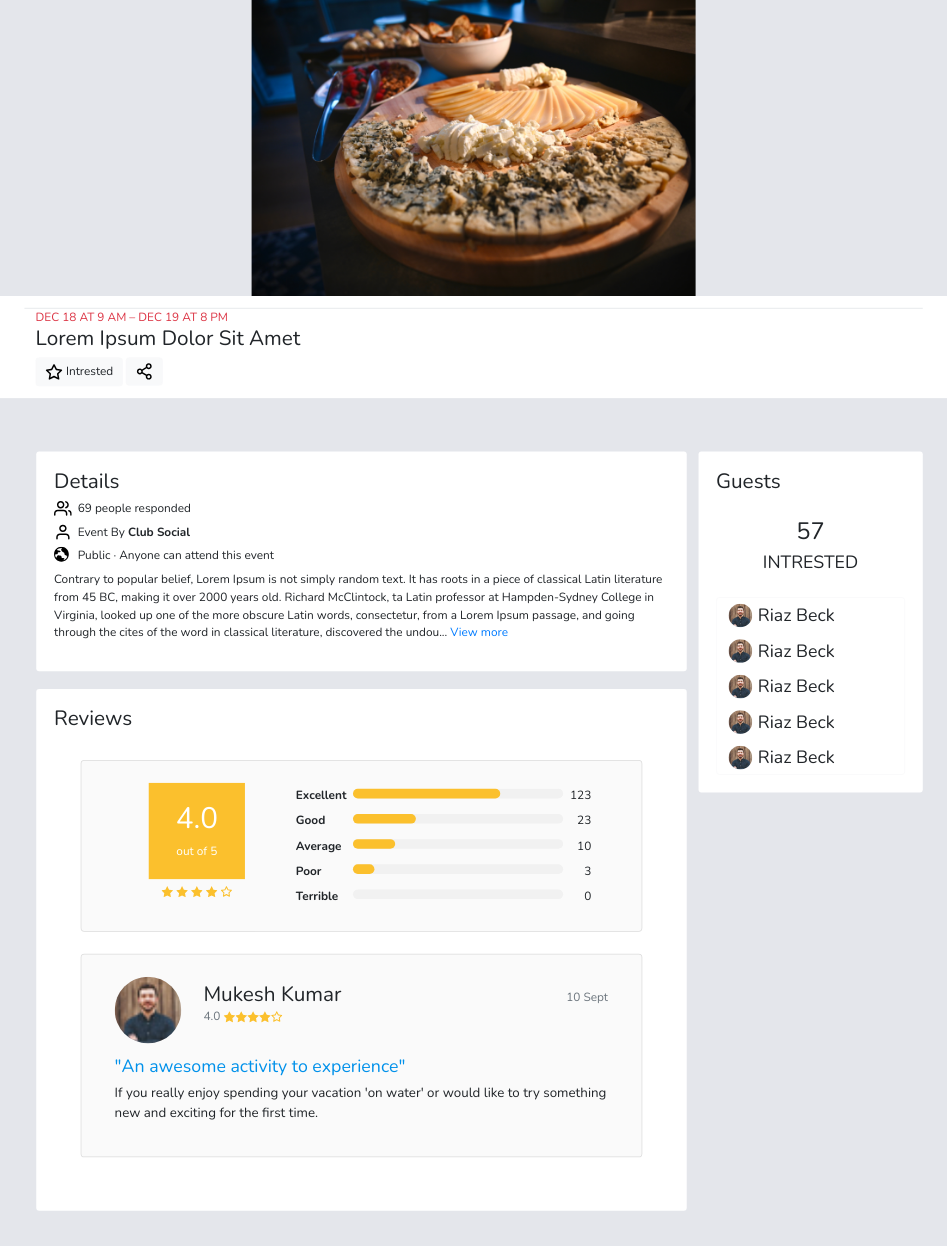
Repository: iamrachid/ensaevents
Page: event.html
An editor plug-in stored every save of this project. The page is shown before and after the next save, followed by the edit.
The browser window is 1280 px wide. The pictures show the whole page, at 74% of full size.

Above is the page before, as saved 2021-11-25 18:17:17.

After the next save:
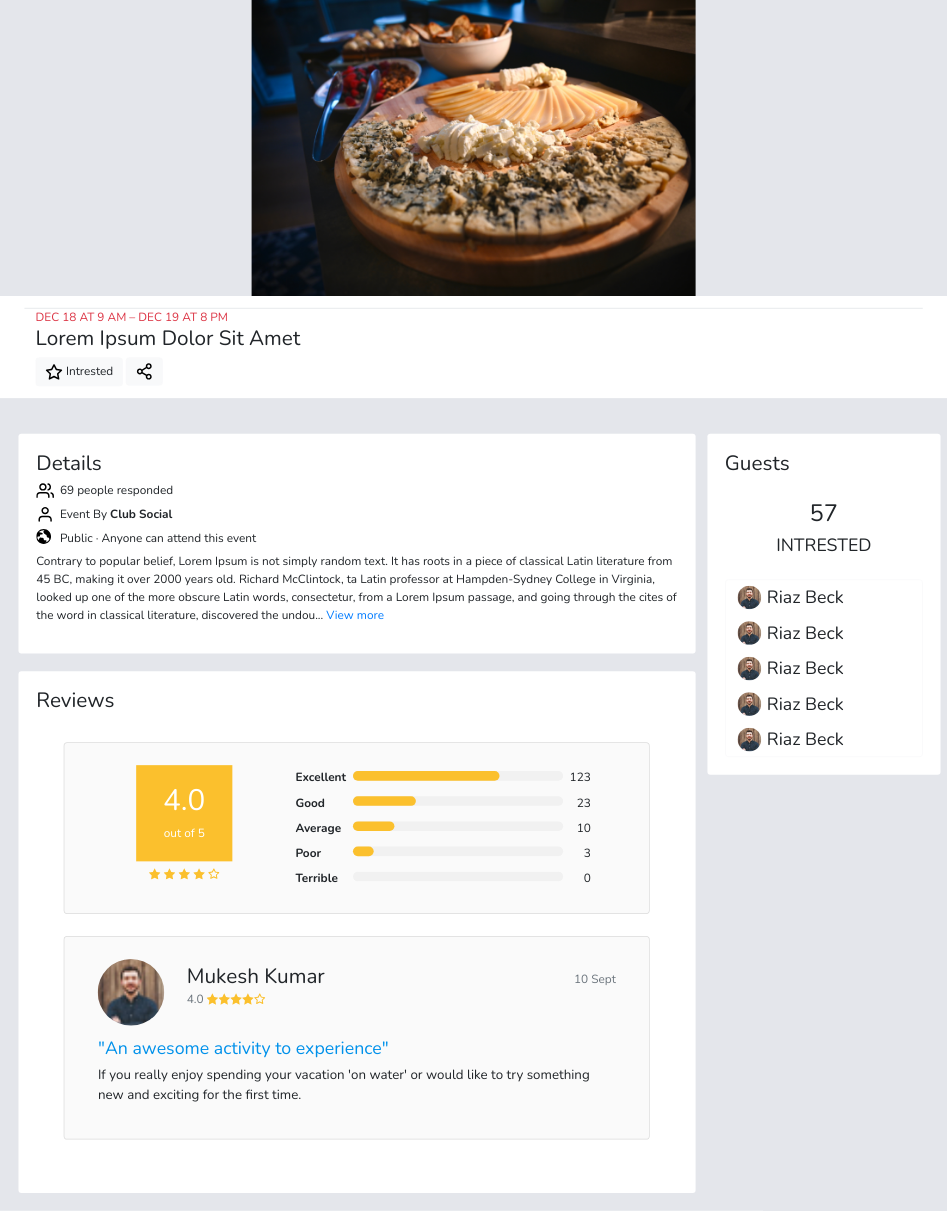
Saved 31 s later.
--- a/event.html
+++ b/event.html
@@ -43,7 +43,7 @@
         </div>
     </div>
 
-    <div class="p-md-5 p-0 bg-main">
+    <div class="p-md-4 p-0 bg-main">
         <div class="row">
             <div class="col-md-8 col-lg-9 col-12 px-4 px-md-3">
                 <div class="bg-white mt-4 p-4 rounded">
